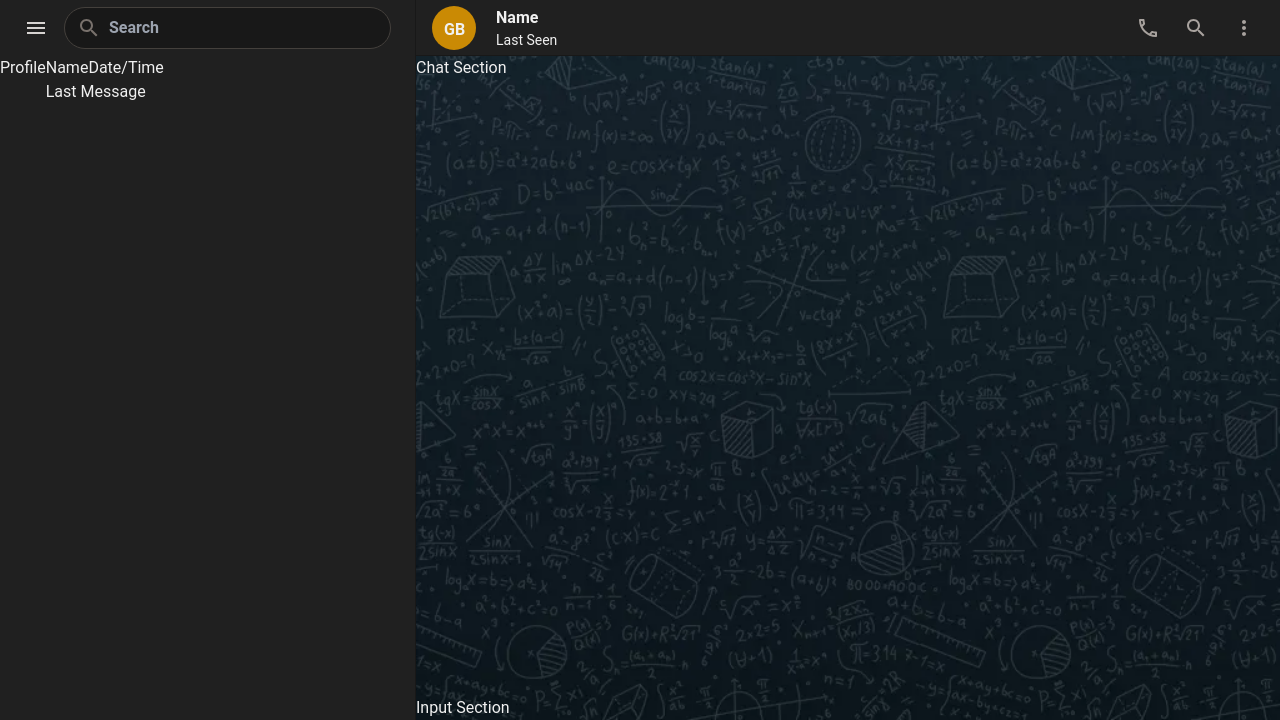
Repository: Qu4ntumGuy/telegram-clone
Page: /
The author's editor kept a copy of each file at every save. The page is drawn from the files as they stood at one save, then again after the next save.
The browser window is 1280 px wide. The pictures show the whole page.
The page's requests for data from a server got no answer. The project was rebuilt for these pictures with package versions that can differ from the ones it lists, and the page was loaded fresh each time. No one was signed in, and anything a server would have sent is missing. Also part of the build but not shown: src/Pages/ChatPage.js/ChatPage.js.

Above is the page before, as saved 2024-07-15 13:35:38.

After the next save:
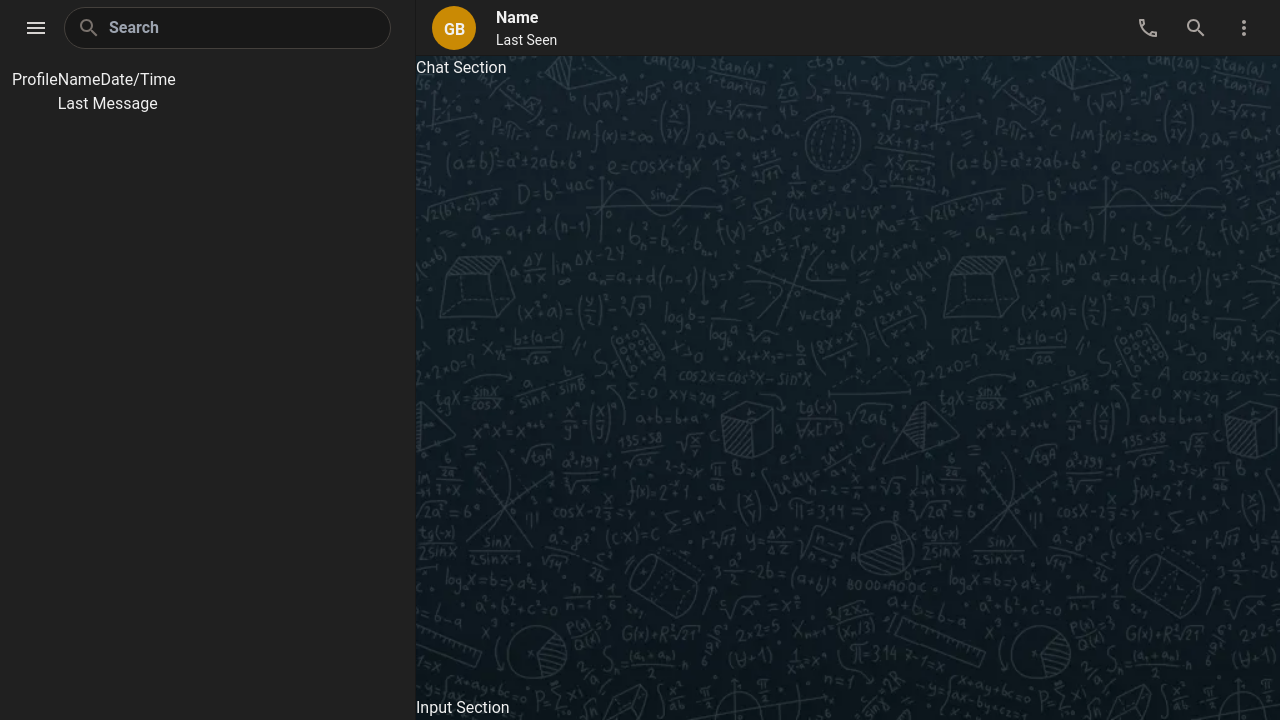
Saved 14 s later.
--- a/src/Components/Chat.js
+++ b/src/Components/Chat.js
@@ -2,7 +2,7 @@ import React from "react";
 
 function Chat({ name, profile }) {
   return (
-    <div className="flex hover:bg-stone-700 hover:bg-opacity-30">
+    <div className="flex hover:bg-stone-700 hover:bg-opacity-30 p-3">
       <div>Profile</div>
       <div className="flex flex-col">
         <div className="flex">
